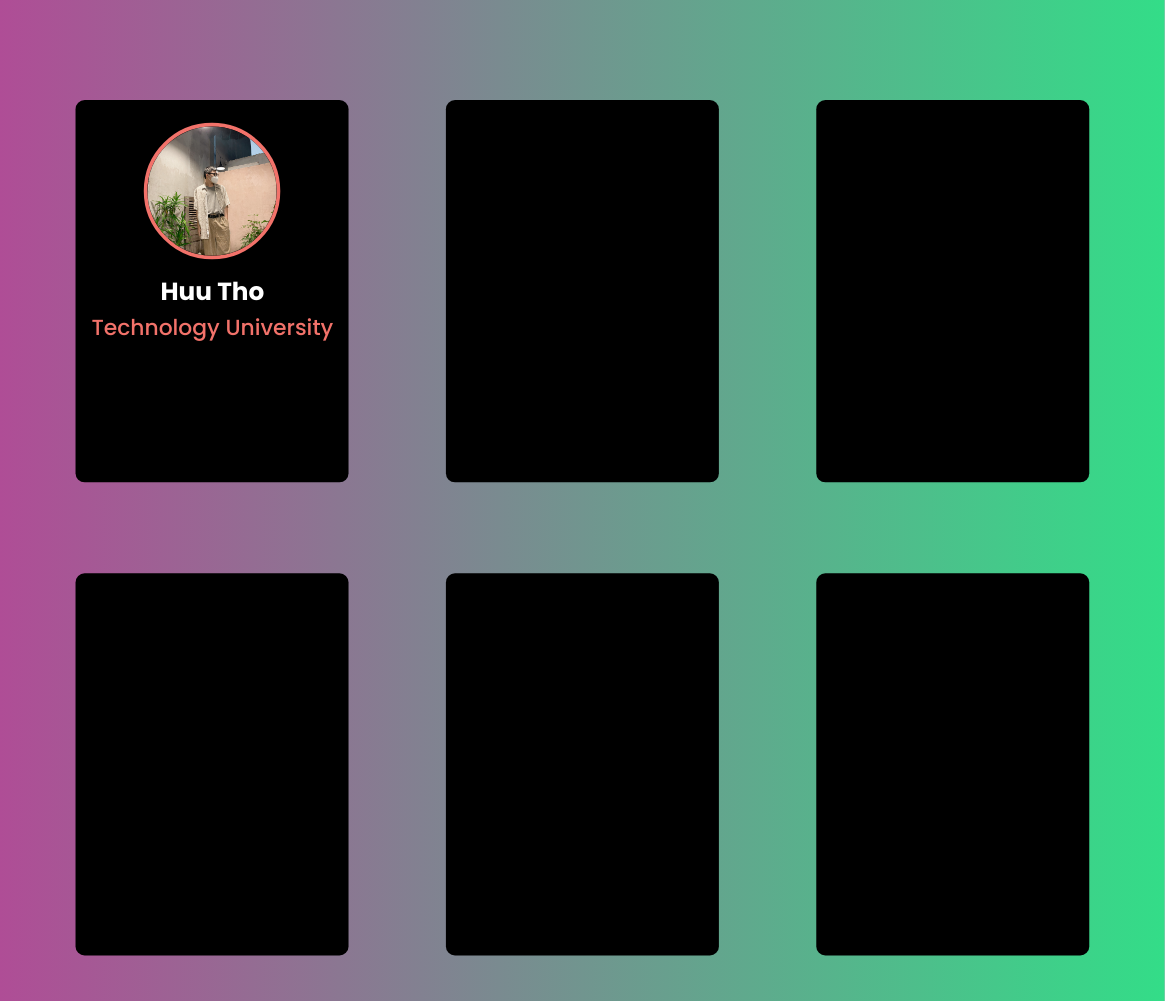
Repository: lausamtuong/profileCard
Page: index.html
These files come from the project's save history. The page is drawn as it stood at one moment and after a run of saves; the edit follows.
The browser window is 1280 px wide. The pictures show the whole page, at 91% of full size.
The style sheet was rebuilt from its Sass, Less or Tailwind sources for each picture, by a compiler version that may differ from the author's.

Above is the page before, as saved 2021-12-14 15:27:49.

After the next 3 saves:
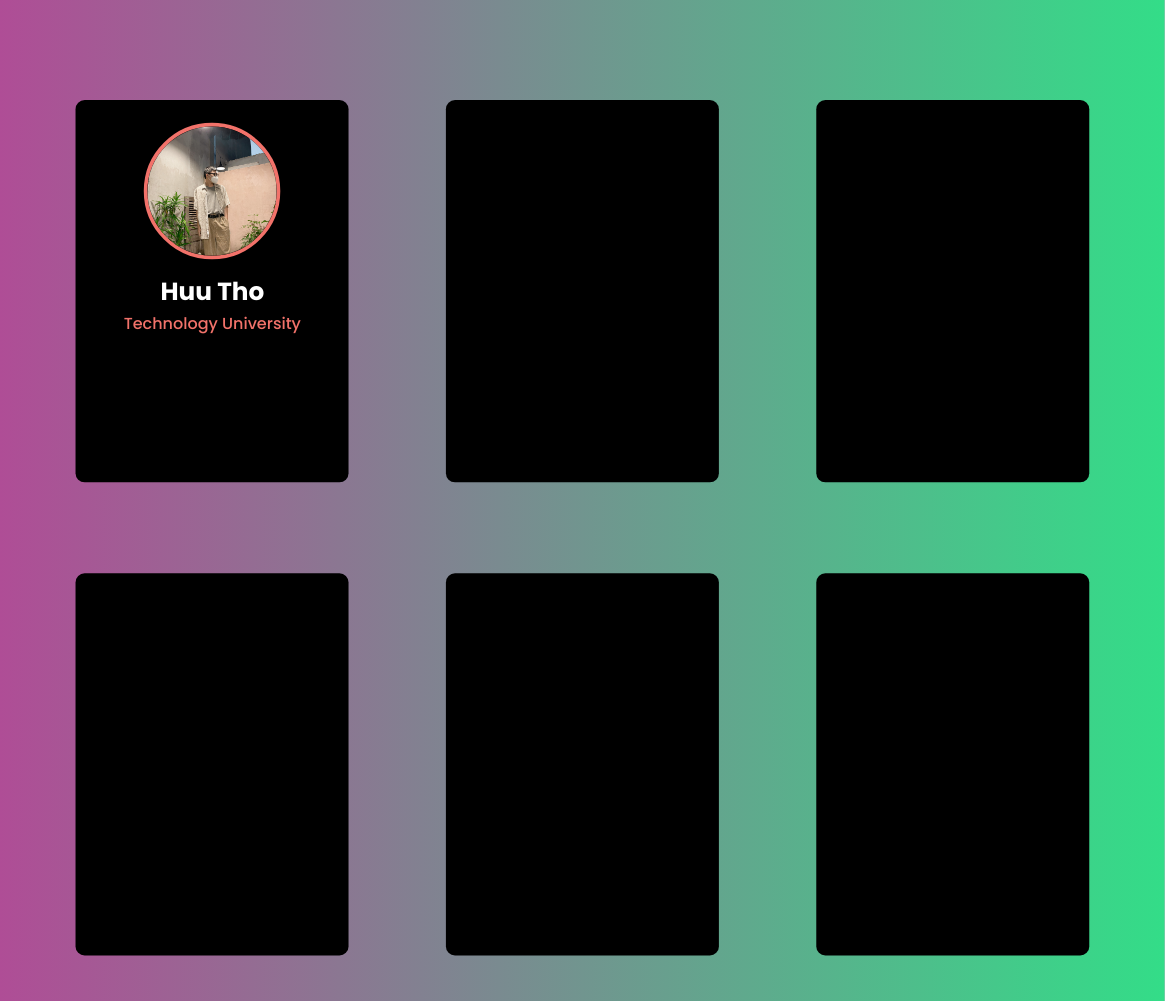
The 3 saves are shown as one change because they came seconds apart.
The last was saved 16 s later.
--- a/style.scss
+++ b/style.scss
@@ -55,7 +55,7 @@ body{
       }
       &__school{
           font-weight: 500;
-          font-size: 1.5rem;
+          font-size: 1.1rem;
           text-align: center;
           color:var(--pink-color)
       }
